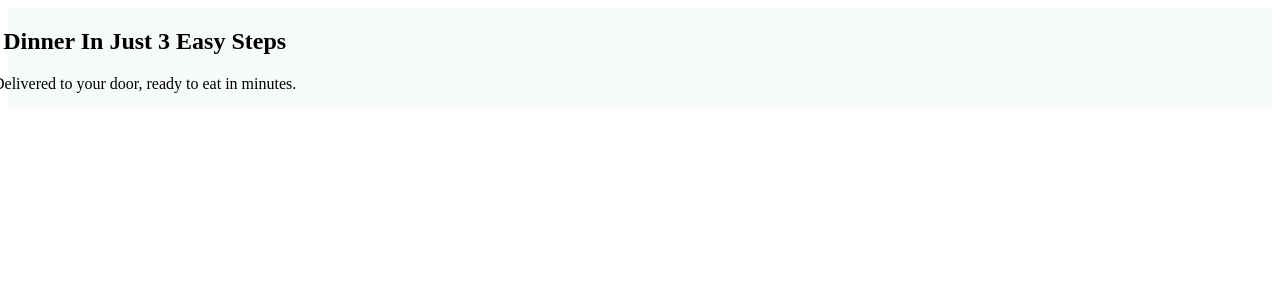
Repository: ST-United-Internship/leadpage
Page: card-UI.html
An editor plug-in stored every save of this project. The page is shown before and after the next save, followed by the edit.
The browser window is 1280 px wide. The page is 1287 px wide, then 1280 px, so the pictures cover 1287 px, including what lies to the right of the window. The pictures show the whole page.

Above is the page before, as saved 2023-03-15 14:48:32.

### card-UI.html
<!DOCTYPE html>
<html lang="en">
<head>
    <meta charset="UTF-8">
    <meta http-equiv="X-UA-Compatible" content="IE=edge">
    <meta name="viewport" content="width=device-width, initial-scale=1.0">
    <title>Document</title>
    <link rel="stylesheet" href="css/card-UI.css">
    <link rel="stylesheet" href="css/common.css">
    <link rel="stylesheet" href="https://use.fontawesome.com/releases/v5.15.4/css/all.css" integrity="sha384-DyZ88mC6Up2uqS4h/KRgHuoeGwBcD4Ng9SiP4dIRy0EXTlnuz47vAwmeGwVChigm" crossorigin="anonymous"/>
</head>
<body>
        <section>
            <!--begin title-->
            <div class="about">
                <div class="columm">
                    <div class="title-text">
                        <h2>Dinner In Just 3 Easy Steps</h2>
                        <p>Delivered to your door, ready to eat in minutes.</p>
                    </div>
                </div>
            </div>
            <!--begin card-->
            <div>

            </div>
        </section>
</body>
</html>

### css/card-UI.css
section{
    background: #f7fafa;
    /* padding: 90px 0 100px 0; */
}

.about{
    background-color: #f7fafa;
}

.about .columm{
    display: flex;
    flex-wrap: wrap;
    margin-right: -15px;
    margin-left: -15px;
}
.about .columm .title-text{
    text-align: center;
}

### css/common.css
.container {
  max-width: 80%;
  margin: auto;
  border: 1px solid blue;
}
.card {
  width: 400px;
}
.space-vertical {
  padding: 20px 0;
}

.space-horizontal {
  padding: 0 20px;
}

*,
**,
*::before,
*::after {
  box-sizing: border-box;
}

After the next save:
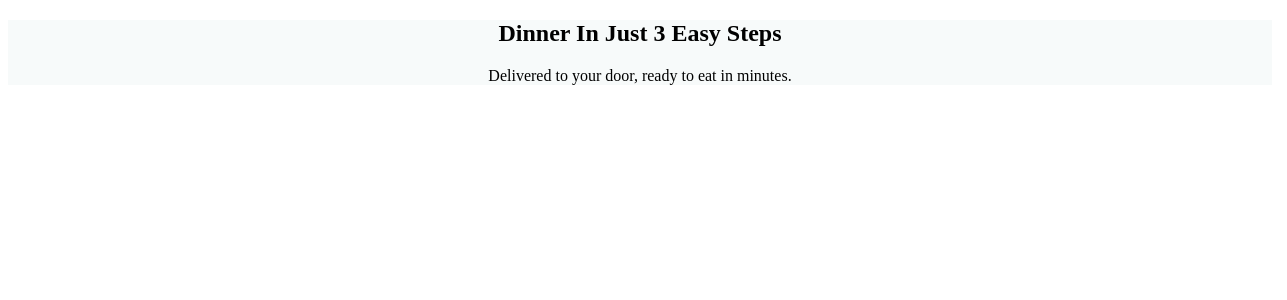
Saved 4 s later.
--- a/css/card-UI.css
+++ b/css/card-UI.css
@@ -8,10 +8,10 @@ section{
 }
 
 .about .columm{
-    display: flex;
+    /* display: flex;
     flex-wrap: wrap;
     margin-right: -15px;
-    margin-left: -15px;
+    margin-left: -15px; */
 }
 .about .columm .title-text{
     text-align: center;
